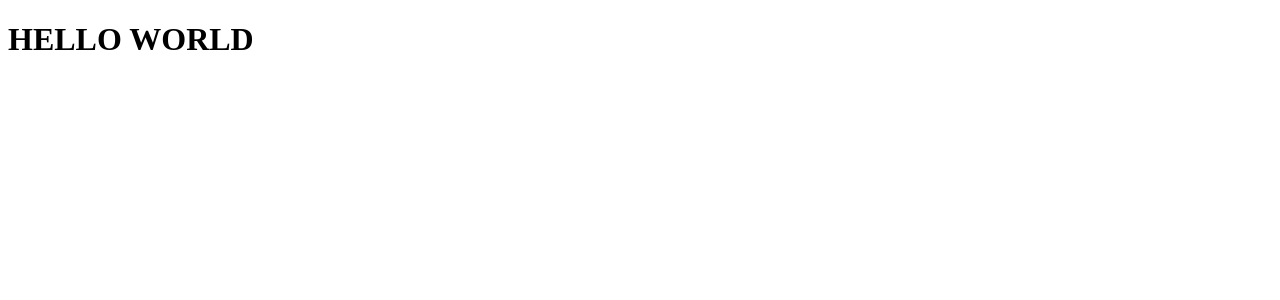
Repository: morev9311/MyWeb
Page: web.html
These files come from the project's save history. The page is drawn as it stood at one moment and after the next save; the edit follows.
The browser window is 1280 px wide. The pictures show the whole page.

Above is the page before, as saved 2023-10-10 04:27:31.

### web.html
<!DOCTYPE html>
<html>
    <head>
        <title>MyWeb</title>
    </head>
    <body>
        <h1>
            HELLO WORLD
        </h1>
    </body>
</html>

After the next save:
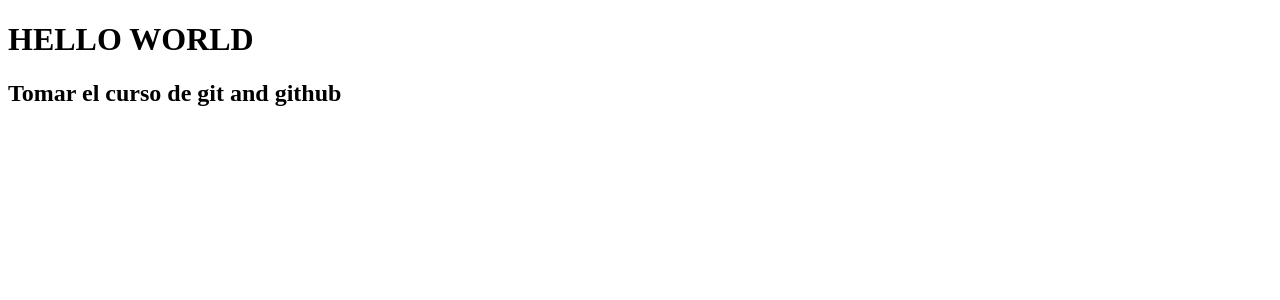
Saved 24 h 50 min later.
--- a/web.html
+++ b/web.html
@@ -7,5 +7,8 @@
         <h1>
             HELLO WORLD
         </h1>
+        <h2>
+            Tomar el curso de git and github
+        </h2>
     </body>
 </html>
